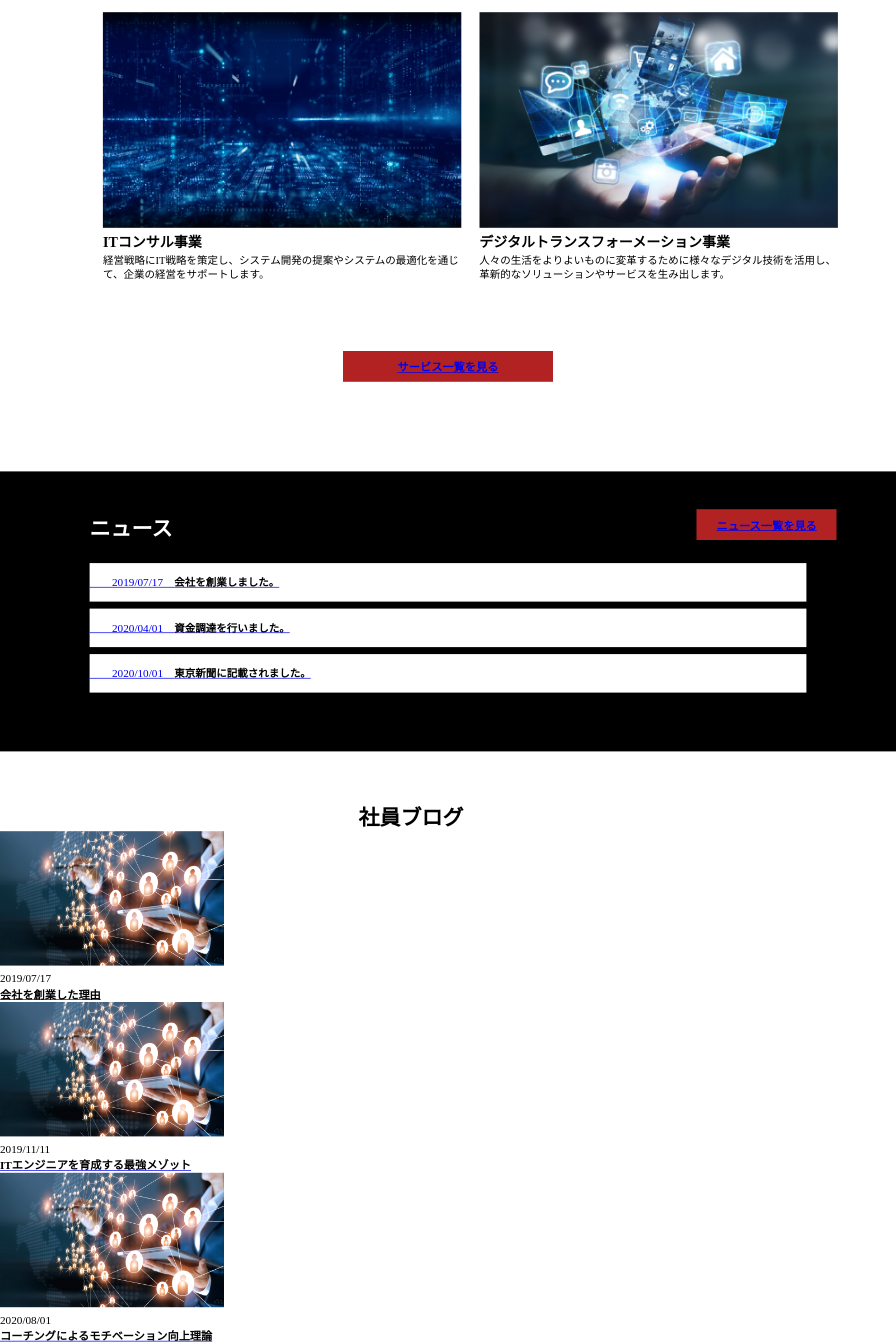
Repository: sigemasaasuka/20211012sigemasa
Page: index.html
An editor plug-in stored every save of this project. The page is shown before and after the next save, followed by the edit.
The browser window is 1280 px wide. The pictures show the part of the page from y = 1338 to 3258 px (the page is 3258 px tall before and 3134 px after), at 70% of full size.

Above is the page before, as saved 2021-10-19 18:01:14.

### index.html
<!DOCTYPE html>
<html lang="ja">

<head>
  <meta charset="UTF-8">
  <meta name="viewport" content="width=device-width, initial-scale=1.0">
  <title>Document</title>

    <link rel="stylesheet" href="css/reset.css">
    <link rel="stylesheet" href="css/index.css">
</head>
<body>
  <header class="header">
    <div class="header-logo">
      <img class="logo" src="img/logo.png" alt="logo">
    </div>
    <nav class="header-nav">
      <ul class="header-nav-list">
        <li class="header-nav-item"><a href="index.html">ホーム</a></li>
        <li class="header-nav-item"><a href="service.html">事業内容</a></li>
        <li class="header-nav-item"><a href="news.html">ニュース</a></li>
        <li class="header-nav-item"><a href="blog.html">社員ブログ</a></li>
        <li class="header-nav-item"><a href="company.html">会社概要</a></li>
        <li class="header-nav-item"><a href="recruit.html">採用情報</a></li>
        <li class="header-nav-item"><a href="contact.html">お問い合わせ</a></li>
      </ul>
    </nav>
  </header>
  <div class="home">
  <div class="home-photo">
    <div class="home-title">
    <p>最新のテクノロジーで社会課題を解決</p>
      <div class="home-title2">
      <p>Solving　issues　with　the　latest　technology</p>
     </div>
    </div>
    </div>
    </div>
    <div class="home-color">
      <div class="hope">
        <p><br><br>株式会社TECHの想い</p>
        <div class="hope2">
          <p>あらゆる産業において、新たなデジタル技術を使ってこれまでにないビジネスモデルを展開する新規参加者が登場し、ゲームチェンジが起ころうとしています。こうした<br>中で、各企業は、競争力維持・強化のために、DXを迅速に進めていくことが求められています。しかし、DXにおいて投資コストは非常にかかります。株式会社TECHでは<br>独自のオペレーションと人材教育により、他社よりも価格を抑えた開発を行います。</p>
        </div>
      </div>
    </div>
    <div class="service">
      <p>サービス</p>
      </div>
      <div class="png1">
      <div class="service1">
        <img  src="img/service1.png"  alt="service1">
        <div class="it">
        <p>IT人材育成事業</p>
        <div class="it2">
        <p>これまでに培った教育手法を生かして、短期間で即戦力のIT人材を育成します。</p>
        </div>
      </div>
      </div>
      <div class="service2">
      <img  src="img/service2.png" alt="service2">
      <div class="coach">
        <p>コーチング事業</p>
        <div class="coach2">
          <p>目標達成を最短で実現するために、プロのコーチによるマンツーマンのサポートを実施します</p>
        </div>
      </div>
      </div>
      </div>
      <div class="png2">
      <div class="service3">
        <img src="img/service3.png" alt="service3">
        <div class="Consultant">
          <p>ITコンサル事業</p>
          <div class="Consultant2">
            <p>経営戦略にIT戦略を策定し、システム開発の提案やシステムの最適化を通じて、企業の経営をサポートします。</p>
          </div>
        </div>
      </div>
      <div class="service4">
        <img src="img/service4.png" alt="service4">
        <div class="formation">
          <p>デジタルトランスフォーメーション事業</p>
          <div class="formation2">
            <p>人々の生活をよりよいものに変革するために様々なデジタル技術を活用し、革新的なソリューションやサービスを生み出します。</p>
          </div>
        </div>
      </div>
      </div>
      <div class="list">
        <a href="service.html">サービス一覧を見る</a>
      </div>
      <div class="news">
        <div class="nesw-list">
          <div class="news-font">
          <p>ニュース</p></div>
          <div class="news-button">
            <a href="news.html">ニュース一覧を見る</a>
          </div>
        </div>
        <div class="news-info1">
          <a href="index.html">　　2019/07/17　<span class="co">会社を創業しました。</span></a></div>
          <div class="news-info2">
          <a href="index.html">　　2020/04/01　<span class="fund">資金調達を行いました。</span></a></div>
          <div class="news-info3">
          <a href="index.html">　　2020/10/01　<span class="newspaper">東京新聞に記載されました。</span></a></div>
      </div>
      <div class="blog">
        <p>社員ブログ</p>
        </div>
        <div class="reason">
        <div class="reason-png">
          <a href="index.html">
            <img src="img/blog.png" alt="blog">
          </a>
          <p class="reason1">2019/07/17</p>
          <a href="index.html"><p class="reason2">会社を創業した理由</p></a>
        </div>
        </div>
        <div class="nurturing">
        <div class="nurturing-png">
          <a href="index.html">
            <img src="img/blog.png" alt="blog">
          </a>
          <p class="nurturing1">2019/11/11</p>
          <a href="index.html">
            <p class="nurturing2">ITエンジニアを育成する最強メゾット</p>
          </a>
        </div>
      </div>
      <div class="coaching">
        <div class="coaching-png">
        <a href="index.html">
          <img src="img/blog.png" alt="blog">
        </a>
        <p class="coaching1">2020/08/01</p>
        <a href="index.html">
          <p class="coaching2">コーチングによるモチベーション向上理論</p>
        </a>
        </div>
        </div>


<script src="js/main.js"></script>
</body>
</html>

### css/reset.css
@charset "UTF-8";
html, body, div, span, applet, object, iframe,
h1, h2, h3, h4, h5, h6, p, blockquote, pre,
a, abbr, acronym, address, big, cite, code,
del, dfn, em, img, ins, kbd, q, s, samp,
small, strike, strong, sub, sup, tt, var,
b, u, i, center,
dl, dt, dd, ol, ul, li,
fieldset, form, label, legend,
table, caption, tbody, tfoot, thead, tr, th, td,
article, aside, canvas, details, embed,
figure, figcaption, footer, header, hgroup,
menu, nav, output, ruby, section, summary,
time, mark, audio, video {
margin: 0;
padding: 0;
border: none;
font-style: normal;
text-align: left;
zoom: 1;
}
article, aside, details, figcaption, figure,
footer, header, hgroup, menu, nav, section {
display: block;
}
table {
border-collapse: collapse;
font-family: inherit;
}
h1,h2,h3,h4,h5 {
font-size: 100%;
font-weight: normal;
line-height: 1;
}
input,textarea,select {
font-family: inherit;
font-size: 16px;
}
input[type="button"],input[type="text"],input[type="submit"] {
 -webkit-appearance: none;
 border-radius: 0;
}
textarea {
resize: none;
-webkit-appearance: none;
border-radius: 0;
}
th,td {
border-collapse: collapse;
}
table th,table td {
white-space: nowrap;
}
ul,ol {
list-style-type: none;
}
img {
vertical-align: text-bottom;
vertical-align: -webkit-baseline-middle;
max-width: 100%;
height: auto;
width /***/:auto;
}

### css/index.css
.logo {
  text-decoration: none;
  color: inherit;
  width: 50%;
}
.header {
  width: 100%;
  display: flex;
  justify-content: space-between;
  align-items: center;
  height: 70px;
  padding: 0 30px;
  position: fixed;
  box-sizing: border-box;
  background-color: #fff;
  color: #000;
}

.a {
  text-decoration: none;
}

.header-ttl {
  font-size: 24px;
  width: 80px;
}

.header-nav-list {
  display: flex;
  font-weight: bold;
}

.header-nav-item:not(:last-child) {
  margin-right: 30px;
}

.home-photo {
  position: relative;
  padding-top: calc(250 / 683 * 100%); /* calc(画像高さ ÷ 画像横幅 × 100%) */
  background: url(../img/mv.png) center center / cover no-repeat;
}

.home-title {
  display: flex;
  flex-direction: column;
  position: absolute;
  font-size: 50px;
  margin-left: 20%;
  top: 40%;
  font-weight: bolder;
  color: #fff;
}

.home-title2 {
  display: flex;
  position: absolute;
  font-size: 20px;
  margin-top: 45px;
  margin-left: 23%;
  top: 40%;
  font-weight: bold;
  color: #fff;
}

.home-color {
  background-color: #000;
  height: 300px;
}

.hope {
  top: 30%;
  display: flex;
  flex-direction: column;
  font-weight: bolder;
  font-size: 30px;
  margin-left: 10%;
  color: #fff;
}

.hope2 {
  display: flex;
  font-size: 15px;
  margin-top: 20px;
  font-weight: normal;
  color: #fff;
}

.service {
  margin-top: 5%;
  margin-left: 45%;
  font-size: 35px;
  font-weight: bolder;
}

.png1 {
  display: flex;
  justify-content: center;
}

.service1 {
  margin-top: 5%;
  margin-left: 5%;
  width: 40%;
}

.it {
  margin-top: 1%;
  font-size: 20px;
  font-weight: bolder;
}

.it2 {
  font-size: 15px;
  font-weight: normal;
}

.service2 {
  margin-top: 3%;
  margin-left: 2%;
  width: 40%;
}

.coach {
  margin-top: 1%;
  font-size: 20px;
  font-weight: bolder;
}

.coach2 {
  font-size: 15px;
  font-weight: normal;
}

.png2 {
  display: flex;
  justify-content: center;
}

.service3 {
  margin-top: 2%;
  margin-left: 5%;
  width: 40%;
}

.Consultant {
  margin-top: 1%;
  font-size: 20px;
  font-weight: bolder;
}

.Consultant2 {
  font-size: 15px;
  font-weight: normal;
}

.service4 {
  margin-top: 2%;
  margin-left: 2%;
  width: 40%;
}

.formation {
  margin-top: 1%;
  font-size: 20px;
  font-weight: bolder;
}

.formation2 {
  font-size: 15px;
  font-weight: normal;
}

.list {
  width: 300px;
  padding: 10px 0;
  color: #fff;
  font-weight: bold;
  background: #b22222;
  text-align: center;
  margin: 100px auto 0;
  display: block;
}

.news {
  margin-top: 10%;
  background-color: #000;
  height: 400px;
}

.nesw-list {
  margin-left: 10%;
  display: flex;
  justify-content: flex-start;
  align-items: center;
}

.news-font {
  font-weight: bold;
  font-size: 30px;
  color: #fff;
  margin-top: 5%;
}

.news-button {
  color: #fff;
  margin-top: 50px;
  margin-left: 65%;
  width: 200px;
  padding: 10px 0;
  font-weight: bold;
  background: #b22222;
  text-align: center;
  display: block;
}

.news-info1 {
  margin-top: 30px;
  margin-left: 10%;
  width: 80%;
  height: 35px;
  padding: 10px 0;
  background: #fff;
  line-height: 35px;
  display: block;
  color: #000;
}
.co {
  font-size: 15px;
  font-weight: bold;
  color: #000;
}

.news-info2 {
  margin-top: 10px;
  margin-left: 10%;
  width: 80%;
  height: 35px;
  padding: 10px 0;
  background: #fff;
  line-height: 35px;
  display: block;
  color: #000;
}
.fund {
  font-size: 15px;
  font-weight: bold;
  color: #000;
}

.news-info3 {
  margin-top: 10px;
  margin-left: 10%;
  width: 80%;
  height: 35px;
  padding: 10px 0;
  background: #fff;
  line-height: 35px;
  display: block;
  color: #000;
}
.newspaper {
  font-size: 15px;
  font-weight: bold;
  color: #000;
}

.blog {
  margin-top: 70px;
  margin-left: 40%;
  font-size: 30px;
  font-weight: bolder;
}

.reason {
  display: flex;
  justify-content: flex-start;
  flex-direction: row;
}
.reason-png {
  width: 25%;
}

.reason1 {
  margin-top: 10px;
  color: #000;
}

.reason2 {
  font-weight: bolder;
  color: #000;
}

.nurturing {
  display: flex;
  justify-content: flex-start;
  flex-direction: row;
}
.nurturing-png {
  width: 25%;
}

.nurturing1 {
  margin-top: 10px;
  color: #000;
}

.nurturing2 {
  font-weight: bolder;
  color: #000;
}

.coaching {
  display: flex;
  justify-content: flex-start;
  flex-direction: row;
}

.coaching-png {
  width: 25%;
}

.coaching1 {
  margin-top: 10px;
  color: #000;
}

.coaching2 {
  font-weight: bolder;
  color: #000;
}

Loaded but not shown: js/main.js (no stored copy; drawn as an empty file)

After the next save:
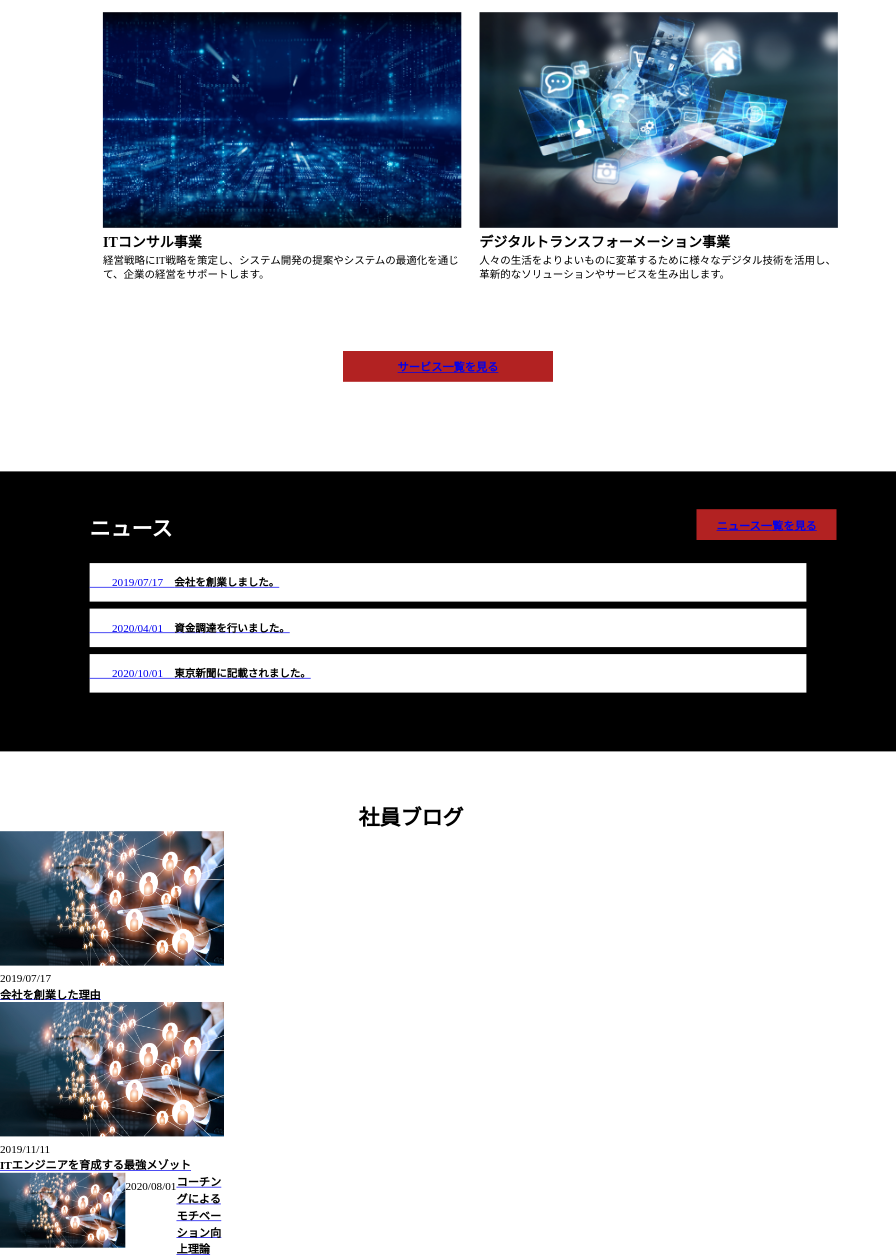
Saved 22 h 22 min later.
--- a/css/index.css
+++ b/css/index.css
@@ -316,6 +316,8 @@
 }
 
 .coaching-png {
+  display: flex;
+  justify-content: space-evenly;
   width: 25%;
 }
 
